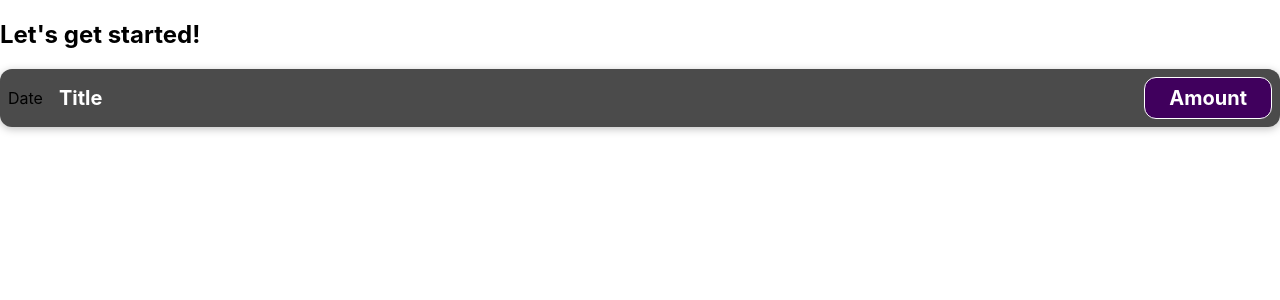
Repository: andresmazza/react-lesson
Page: /
The author's editor kept a copy of each file at every save. The page is drawn from the files as they stood at one save, then again after the next save.
The browser window is 1280 px wide. The pictures show the whole page.
The project was rebuilt for these pictures with package versions that can differ from the ones it lists, and the page was loaded fresh each time. Also part of the build but not shown: src/App.css.

Above is the page before, as saved 2023-04-07 23:02:56.

After the next save:
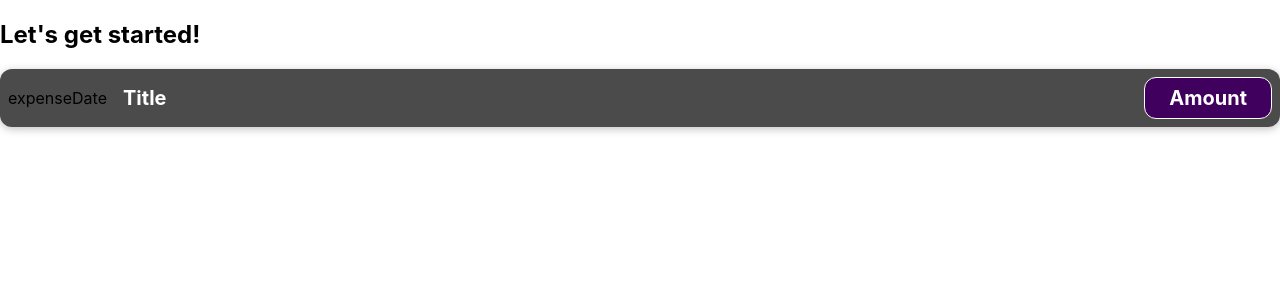
Saved 5 min 9 s later.
--- a/src/components/ExpenseItem.js
+++ b/src/components/ExpenseItem.js
@@ -2,9 +2,12 @@
 import './ExpenseItem.css';
 
 function ExpenseItem() {
+    const expenseDate = new Date(2021,2,28);
+
+
     return (
       <div className='expense-item'>
-        <div>Date</div>
+        <div>expenseDate</div>
         <div className='expense-item__description'>
             <h2>Title</h2>
             <div className='expense-item__price'>Amount</div>
